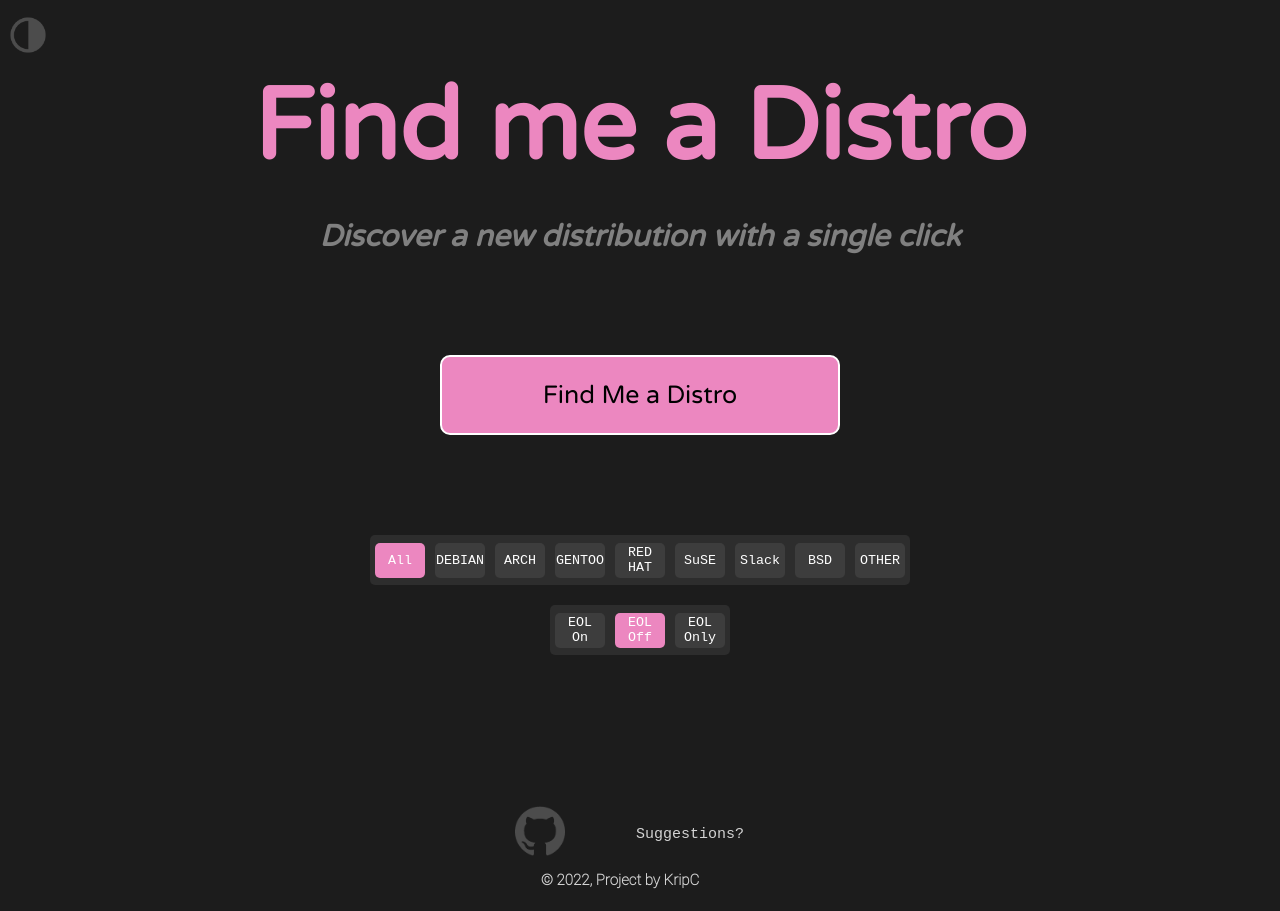
Repository: KripC2160/FindMeALinuxDistro
Page: index.html
The author's editor kept a copy of each file at every save. The page is drawn from the files as they stood at one save, then again after the next save.
The browser window is 1280 px wide. The pictures show the whole page.

Above is the page before, as saved 2022-06-27 14:33:50.

After the next save:
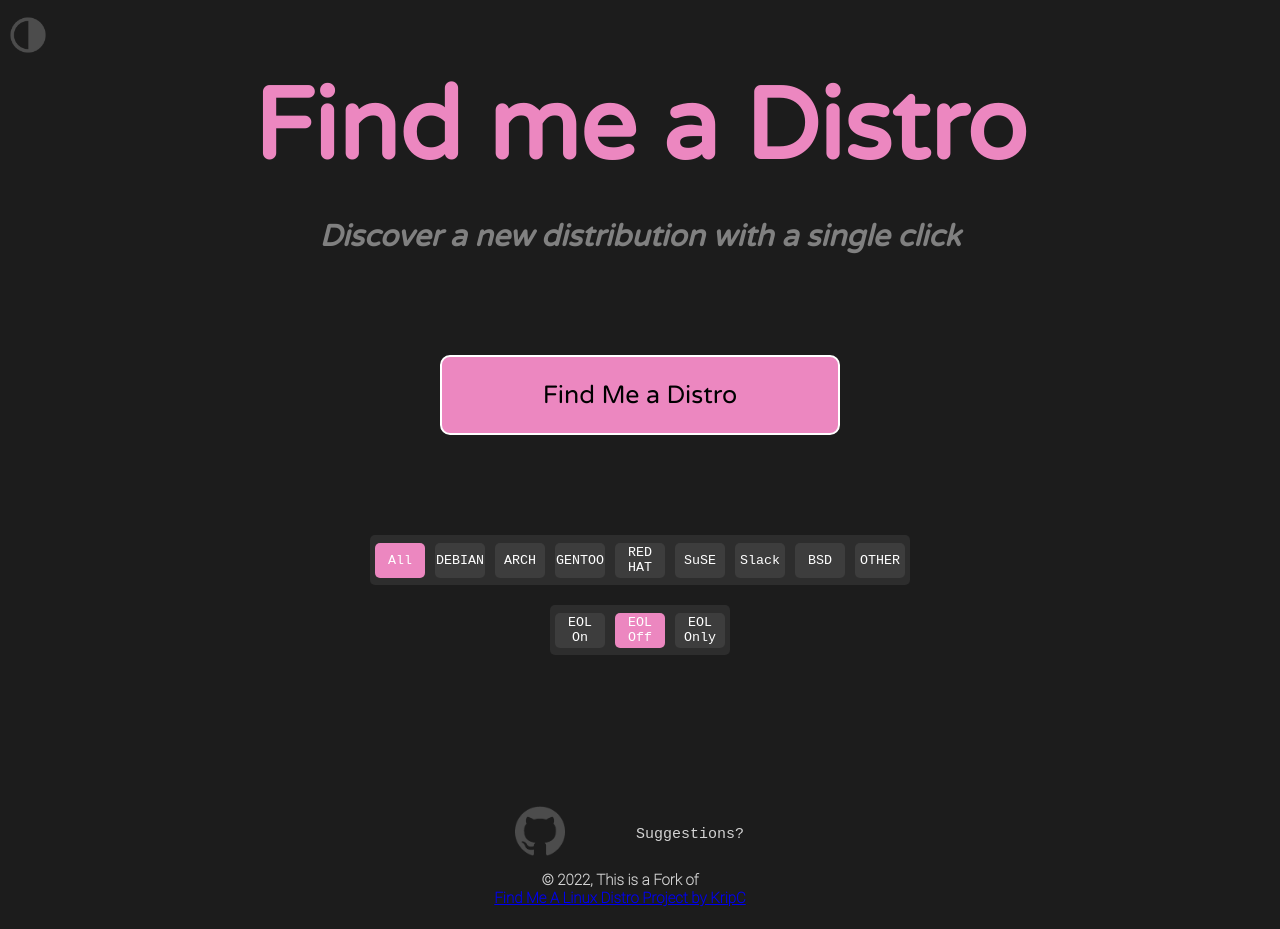
Saved 19 s later.
--- a/index.html
+++ b/index.html
@@ -43,7 +43,7 @@
         <footer>
             <button class="GH" onclick="relocateGithubHome()"><img src="img/GitHub_logo.png" width="50px" height="50px"></button>
             <button class="suggestions" onclick="relocateGithub()">Suggestions?</button>
-            <h2 class="creditsanddate">© <script>document.write(new Date().getFullYear());</script>, Project by KripC</h2> <!-- the script automatically updates the year-->
+            <h2 class="creditsanddate">© <script>document.write(new Date().getFullYear());</script>, This is a Fork of <a href="https://github.com/KripC2160/findmealinuxdistro">Find Me A Linux Distro Project by KripC</a></h2> <!-- the script automatically updates the year-->
         </footer>
     </body>
 </html>
